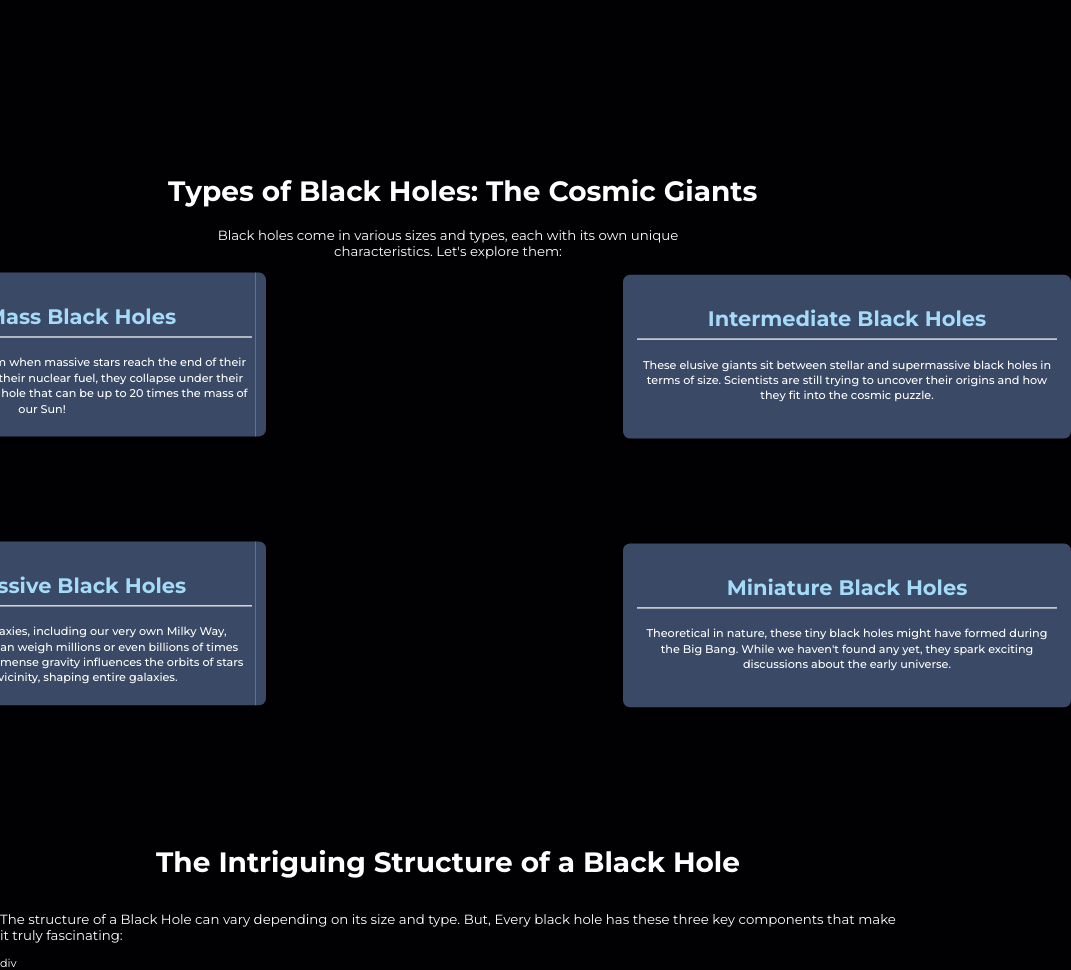
Repository: english-only/Space-Website
Page: black_hole.html
These files come from the project's save history. The page is drawn as it stood at one moment and after a run of saves; the edit follows.
The browser window is 1280 px wide. The page is 1530 px wide, so the pictures cover 1530 px, including what lies to the right of the window. The pictures show the part of the page from y = 779 to 2379 px (the page is 2164 px tall before and 2379 px after), at 70% of full size.
Backgrounds fixed to the window are drawn as part of the page.

Above is the page before, as saved 2025-04-14 13:23:47.

After the next 2 saves:
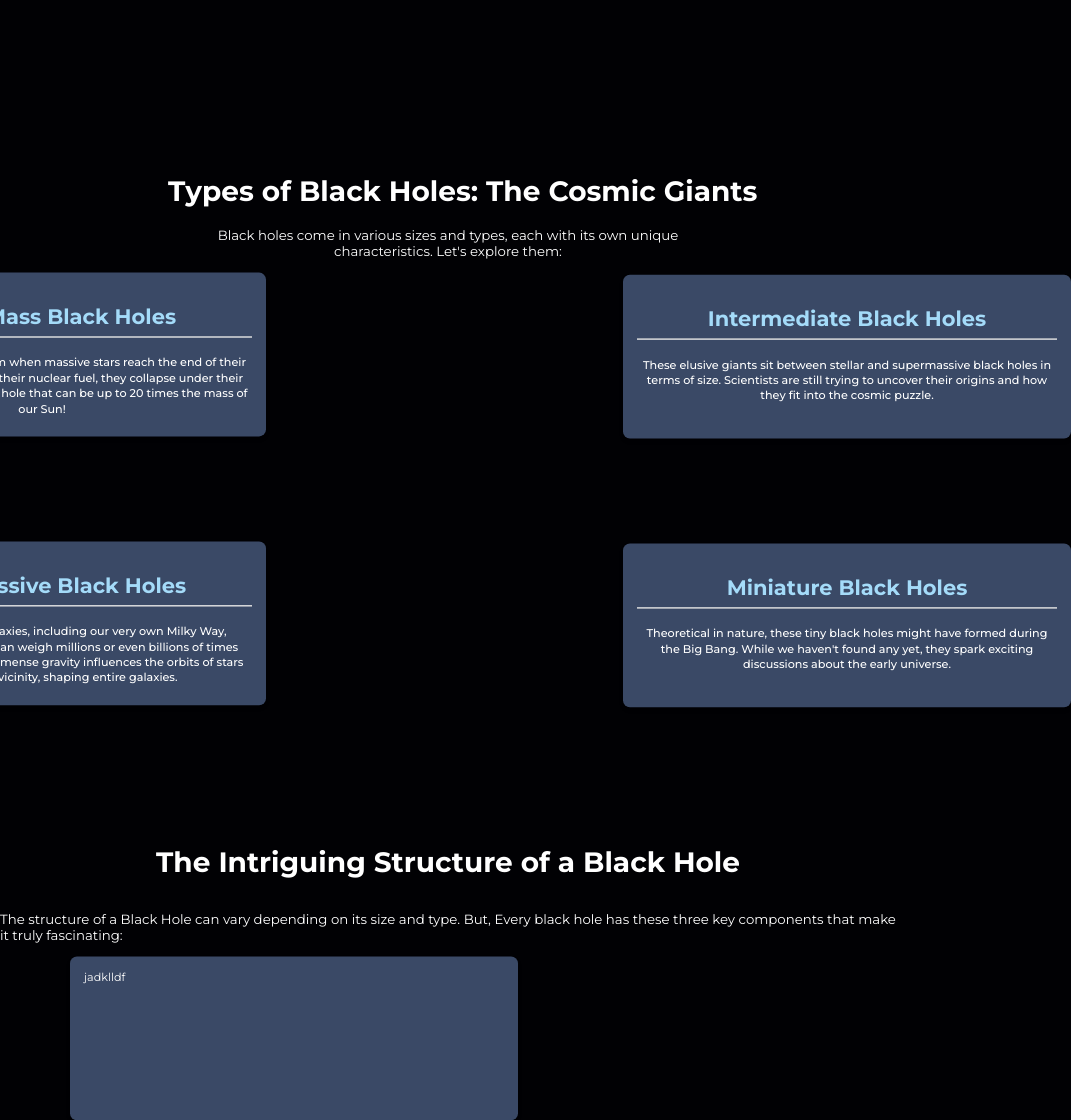
The 2 saves are shown as one change because they came seconds apart.
The last was saved 7 s later.
--- a/black_hole.html
+++ b/black_hole.html
@@ -90,11 +90,11 @@
       <div class="idk stupid-text">
         <p>
           The structure of a Black Hole can vary depending on its size and type.
-          But, Every black hole has these three key components that make it truly
-          fascinating:
+          But, Every black hole has these three key components that make it
+          truly fascinating:
         </p>
       </div>
-      div
+      <div class="black-hole-type">jadklldf</div>
     </div>
     <script>
       const background = document.querySelector('.background-2');
